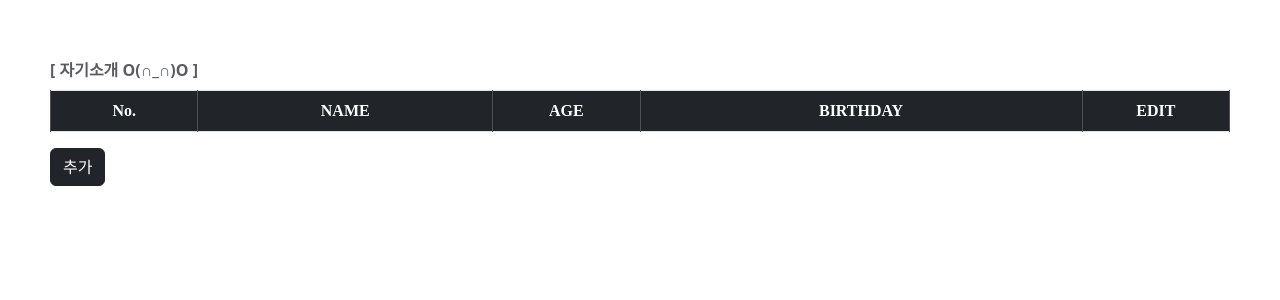
Repository: jini8293/Sist_04
Page: http://localhost/jspProject/intro/introList.jsp
The author's editor kept a copy of each file at every save. The page is drawn from the files as they stood at one save, then again after the next save.
The browser window is 1280 px wide. The pictures show the whole page.
Some web fonts or font styles are not loaded; a fallback is used. The page is served by Tomcat 9. Queries for data that is not in the repository find no rows.

Above is the page before, as saved 2024-03-07 00:44:55.

After the next save:
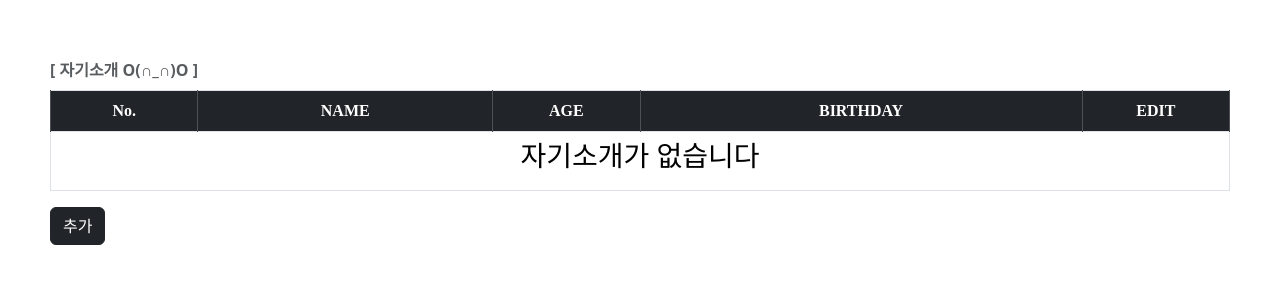
Saved 2 min 51 s later.
--- a/jspwork/jspProject/src/main/webapp/intro/introList.jsp
+++ b/jspwork/jspProject/src/main/webapp/intro/introList.jsp
@@ -37,10 +37,17 @@
 				<th style="font-family: IBM Plex Sans KR" class="table-dark" width="100">EDIT</th>
 
 			</tr>
-			<%
+
+			<%if(intro.size()==0){ %>
+				<tr>
+					<td colspan="5" align="center">
+						<h3 style="font-family: IBM Plex Sans KR;">자기소개가 없습니다</h3>
+					</td>
+				</tr>
+
+			<%}else{
 			for (int i = 0; i < intro.size(); i++) {
 				IntroDto dto = intro.get(i);
-
 			%>
 
 			<tr>
@@ -54,7 +61,8 @@
 			</tr>
 			<%
 			}
-			%>
+		}
+	%>
 
 		</table>
 		<button type="button" class="btn btn-dark"
